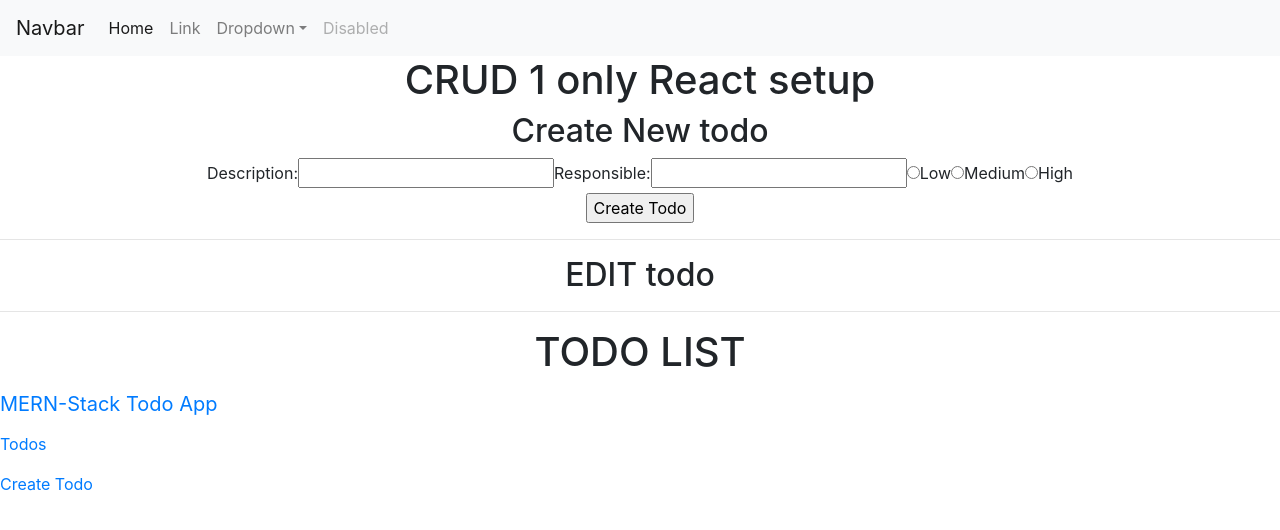
Repository: tweneboah/mern-complete-guide
Page: / (app in v5-mern-crud/client/)
The author's editor kept a copy of each file at every save. The page is drawn from the files as they stood at one save, then again after the next save.
The browser window is 1280 px wide. The pictures show the whole page.
The page's requests for data from a server got no answer. The project was rebuilt for these pictures with package versions that can differ from the ones it lists, and the page was loaded fresh each time. No one was signed in, and anything a server would have sent is missing.

Above is the page before, as saved 2019-09-12 22:03:32.

### v5-mern-crud/client/public/index.html
<!DOCTYPE html>
<html lang="en">
  <head>
    <meta charset="utf-8" />
    <link rel="shortcut icon" href="%PUBLIC_URL%/favicon.ico" />
    <meta name="viewport" content="width=device-width, initial-scale=1" />
    <meta name="theme-color" content="#000000" />
    <meta
      name="description"
      content="Web site created using create-react-app"
    />
    <link rel="apple-touch-icon" href="logo192.png" />
    <!--
      manifest.json provides metadata used when your web app is installed on a
      user's mobile device or desktop. See https://developers.google.com/web/fundamentals/web-app-manifest/
    -->
    <link rel="manifest" href="%PUBLIC_URL%/manifest.json" />
    <!--
      Notice the use of %PUBLIC_URL% in the tags above.
      It will be replaced with the URL of the `public` folder during the build.
      Only files inside the `public` folder can be referenced from the HTML.

      Unlike "/favicon.ico" or "favicon.ico", "%PUBLIC_URL%/favicon.ico" will
      work correctly both with client-side routing and a non-root public URL.
      Learn how to configure a non-root public URL by running `npm run build`.
    -->

    <!-- Bootstrap CSS -->
    <link rel="stylesheet" href="https://stackpath.bootstrapcdn.com/bootstrap/4.3.1/css/bootstrap.min.css" integrity="sha384-ggOyR0iXCbMQv3Xipma34MD+dH/1fQ784/j6cY/iJTQUOhcWr7x9JvoRxT2MZw1T" crossorigin="anonymous">

    <title>MERN CRUD</title>
  </head>
  <body>
    <noscript>You need to enable JavaScript to run this app.</noscript>
    <div id="root"></div>
    <!--
      This HTML file is a template.
      If you open it directly in the browser, you will see an empty page.

      You can add webfonts, meta tags, or analytics to this file.
      The build step will place the bundled scripts into the <body> tag.

      To begin the development, run `npm start` or `yarn start`.
      To create a production bundle, use `npm run build` or `yarn build`.
    -->


    <!-- Optional JavaScript -->
    <!-- jQuery first, then Popper.js, then Bootstrap JS -->
    <script src="https://code.jquery.com/jquery-3.3.1.slim.min.js" integrity="sha384-q8i/X+965DzO0rT7abK41JStQIAqVgRVzpbzo5smXKp4YfRvH+8abtTE1Pi6jizo" crossorigin="anonymous"></script>
    <script src="https://cdnjs.cloudflare.com/ajax/libs/popper.js/1.14.7/umd/popper.min.js" integrity="sha384-UO2eT0CpHqdSJQ6hJty5KVphtPhzWj9WO1clHTMGa3JDZwrnQq4sF86dIHNDz0W1" crossorigin="anonymous"></script>
    <script src="https://stackpath.bootstrapcdn.com/bootstrap/4.3.1/js/bootstrap.min.js" integrity="sha384-JjSmVgyd0p3pXB1rRibZUAYoIIy6OrQ6VrjIEaFf/nJGzIxFDsf4x0xIM+B07jRM" crossorigin="anonymous"></script>
  </body>
  </body>
</html>

### v5-mern-crud/client/src/App.js
import React from 'react';
import CreateTodo  from './components/create-todo';
import EditTodo from './components/Edit-Todo';
import {BrowserRouter as Router, Route, Link} from 'react-router-dom';
import TodoList from './components/Todo-List'
import './App.css';

function App() {
  return (
    <Router>
<nav class="navbar navbar-expand-lg navbar-light bg-light">
  <a class="navbar-brand" href="#">Navbar</a>
  <button class="navbar-toggler" type="button" data-toggle="collapse" data-target="#navbarSupportedContent" aria-controls="navbarSupportedContent" aria-expanded="false" aria-label="Toggle navigation">
    <span class="navbar-toggler-icon"></span>
  </button>

  <div class="collapse navbar-collapse" id="navbarSupportedContent">
    <ul class="navbar-nav mr-auto">
      <li class="nav-item active">
        <a class="nav-link" href="#">Home <span class="sr-only">(current)</span></a>
      </li>
      <li class="nav-item">
        <a class="nav-link" href="#">Link</a>
      </li>
      <li class="nav-item dropdown">
        <a class="nav-link dropdown-toggle" href="#" id="navbarDropdown" role="button" data-toggle="dropdown" aria-haspopup="true" aria-expanded="false">
          Dropdown
        </a>
        <div class="dropdown-menu" aria-labelledby="navbarDropdown">
          <a class="dropdown-item" href="#">Action</a>
          <a class="dropdown-item" href="#">Another action</a>
          <div class="dropdown-divider"></div>
          <a class="dropdown-item" href="#">Something else here</a>
        </div>
      </li>
      <li class="nav-item">
        <a class="nav-link disabled" href="#" tabindex="-1" aria-disabled="true">Disabled</a>
      </li>
    </ul>

  </div>
</nav>




        <div className="App">
       <h1>CRUD 1 only React setup</h1>
       <CreateTodo/>
       <hr></hr>
       <EditTodo/>

       <hr/>
       <h1>TODO LIST</h1>
       <TodoList/>
    </div>


    <nav >

            <Link to="/" className="navbar-brand">MERN-Stack Todo App</Link>
            <div className="collpase nav-collapse">
              <ul className="navbar-nav mr-auto">
                <li className="navbar-item">
                  <Link to="/" className="nav-link">Todos</Link>
                </li>
                <li className="navbar-item">
                  <Link to="/create" className="nav-link">Create Todo</Link>
                </li>
              </ul>
            </div>
          </nav>
    </Router>

  );
}

export default App;

### v5-mern-crud/client/src/components/create-todo.js
import React, { Component } from 'react';
import axios from 'axios';
class CreateTodo extends Component {


 state = {
     todo_description: '',
     todo_responsible: '',
     todo_priority: '',
     todo_completed: false
 }

 //OnchangeFunctions
 onchangeDescription = (e) => {
     this.setState({todo_description: e.target.value})
 }

 onchangeResponsible = (e) => {
  this.setState({todo_responsible: e.target.value});
 }

onchangePriority = (e) => {
 this.setState({todo_priority: e.target.value})
}

//Handle Submit
hanldeFormSubmit = (e) => {
 e.preventDefault();

 axios.post('http://localhost:5000/add', this.state)
 .then((res) => {
  console.log(res.data)
  //Reseting formvalues
  this.setState({
    todo_description: '',
    todo_completed: '',
    todo_priority: '',
    todo_responsible: ''
  })
 })

}
 render() {
  return (
     <div>
         <h2>Create New todo</h2>
         <form onSubmit = {this.hanldeFormSubmit}>
            <label>Description:</label>
            <input
            type='text'
            onChange = {this.onchangeDescription}
            value = {this.state.todo_description}
            />

            <label>Responsible:</label>
            <input
            type='text'
            onChange = {this.onchangeResponsible}
            value = {this.state.todo_responsible}
            />

          <input
               type="radio"
               name="priorityOptions"
               id="priorityLow"
               value="Low"
               checked={this.state.todo_priority==='Low'}
               onChange={this.onchangePriority}
               />

              <label>Low</label>

            <input
              type="radio"
              name="priorityOptions"
              id="priorityMedium"
              value="Medium"
              checked={this.state.todo_priority==='Medium'}
              onChange={this.onchangePriority}
              />

              <label>Medium</label>
            <input
              type="radio"
              name="priorityOptions"
              id="priorityHigh"
              value="High"
              checked={this.state.todo_priority==='High'}
              onChange={this.onchangePriority}
              />

           <label >High</label>

                    <div className="form-group">
                        <input type="submit" value="Create Todo"  />
                    </div>
         </form>
     </div>
  );
 }
}

export default CreateTodo;

### v5-mern-crud/client/src/components/Edit-Todo.js
import React, {Component} from 'react';

export default class EditTodo extends Component {
    render() {
        return (
            <div>
                <h2 on>EDIT todo</h2>
                <form>

                </form>
            </div>
        )
    }
}

### v5-mern-crud/client/src/components/Todo-List.js
import React, {Component} from 'react';
import axios from 'axios'
import { Link } from 'react-router-dom';



class TodosList extends Component {

    constructor(props) {
        super(props);
        this.state = {
            todos: []
        };
    }

    componentDidMount() {
        axios.get('http://localhost:5000/todos')
        .then((res) => {
            this.setState({todos: res.data})
        })
    }



    render() {
       console.log(this.state)

       let todosData = this.state.todos
     return (
         <div>
             {todosData?
              (
                  <div>
                     {todosData.map((todo) => {
                          return (
                              <div key={todo._id}>
                                  <h2>{todo.todo_description}</h2>
                                  <p>{todo.todo_responsible}</p>
                                  <p>{todo.todo_priority}</p>
                                  <p>{todo.todo_completed}</p>
                              </div>
                          )
                     })}
                  </div>
              ) :

              (
                <div>
                    <h1>Loading...</h1>
                </div>
              )
            }

         </div>
     )
    }
}

export default TodosList;

Loaded but not shown: v5-mern-crud/client/src/index.js (common file); v5-mern-crud/client/src/index.css (common file); v5-mern-crud/client/src/serviceWorker.js (common file); v5-mern-crud/client/src/App.css (common file)

After the next save:
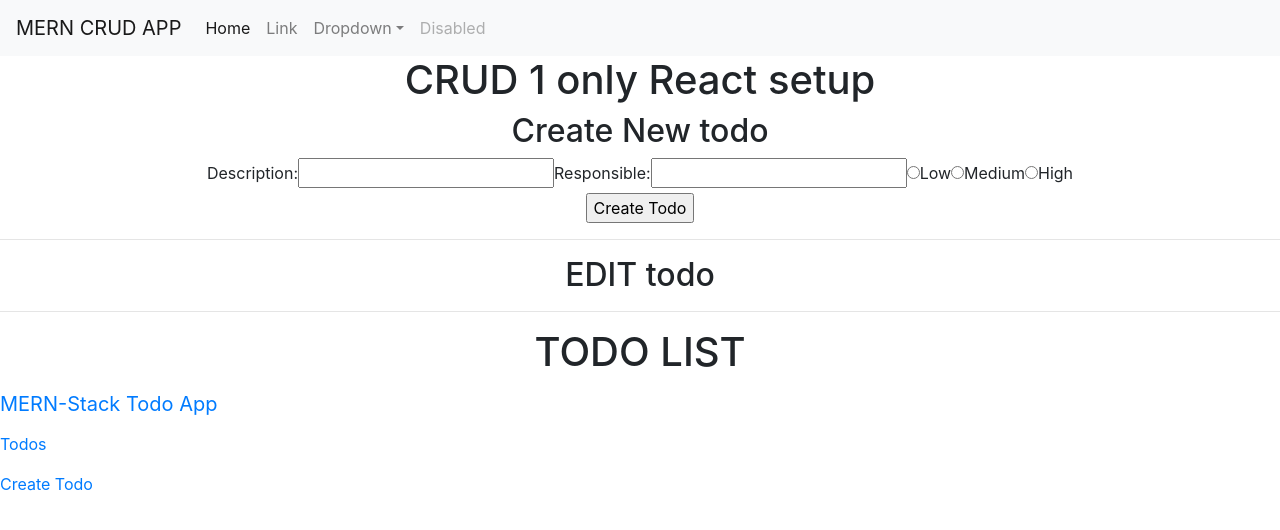
Saved 73 s later.
--- a/v5-mern-crud/client/src/App.js
+++ b/v5-mern-crud/client/src/App.js
@@ -9,7 +9,7 @@ function App() {
   return (
     <Router>
 <nav class="navbar navbar-expand-lg navbar-light bg-light">
-  <a class="navbar-brand" href="#">Navbar</a>
+  <a class="navbar-brand" href="#">MERN CRUD APP</a>
   <button class="navbar-toggler" type="button" data-toggle="collapse" data-target="#navbarSupportedContent" aria-controls="navbarSupportedContent" aria-expanded="false" aria-label="Toggle navigation">
     <span class="navbar-toggler-icon"></span>
   </button>
